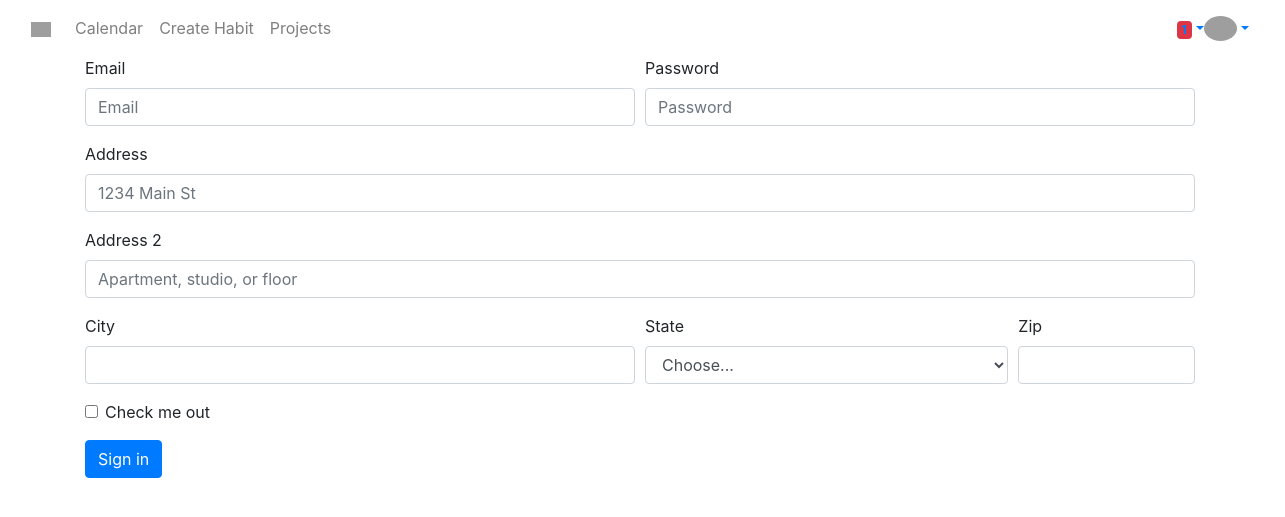
Repository: vijayholve/Habit-Tracker
Page: /create (app in frontend/)
An editor plug-in stored every save of this project. The page is shown before and after the next save, followed by the edit.
The browser window is 1280 px wide. The page is 1280 px wide, then 1285 px, then 1280 px, so the pictures cover 1285 px, including what lies to the right of the window. The pictures show the whole page.
Pictures or frames that could not be fetched are drawn as grey boxes. The project was rebuilt for these pictures with package versions that can differ from the ones it lists, and the page was loaded fresh each time. Also part of the build but not shown: frontend/vite.config.js, frontend/src/components/page/calender.jsx.

Above is the page before, as saved 2024-12-27 18:32:03.

### frontend/index.html
<!DOCTYPE html>
<html lang="en">
  <head>
    <meta charset="UTF-8" />
    <link rel="icon" type="image/svg+xml" href="/vite.svg" />
    <meta name="viewport" content="width=device-width, initial-scale=1.0" />
    <title>Vite + React</title>
    <link
      rel="stylesheet"
      href="https://cdn.jsdelivr.net/npm/bootstrap@4.0.0/dist/css/bootstrap.min.css"
      integrity="sha384-Gn5384xqQ1aoWXA+058RXPxPg6fy4IWvTNh0E263XmFcJlSAwiGgFAW/dAiS6JXm"
      crossorigin="anonymous"
    />
  </head>
  <body>
    <div id="root"></div>
    <script type="module" src="/src/main.jsx"></script>
  </body>
</html>

### frontend/src/App.jsx
// import "./App.css";
import HabitCalendar from "./components/page/calender";
import Navbar from "./components/base/navbar";
import { BrowserRouter as Router, Routes, Route, Link } from 'react-router-dom';
import CreateHAbit from "./components/form/create_habit";
function App() {
  return (
    <>
          <Router>
      <Navbar />
      <Routes>
        <Route path="/" element={<HabitCalendar />} />
        <Route path="/create" element={<CreateHAbit />} />
      </Routes>
    </Router>
      {/* <HabitCalendar /> */}
    </>
  );
}

export default App;

### frontend/src/components/base/navbar.jsx
import React from "react";
import { Link } from "react-router-dom";

const Navbar = () => {
  return (
    <nav className="navbar navbar-expand-lg navbar-light bg-body-tertiary">
      <div className="container-fluid">
        <button
          data-mdb-collapse-init
          className="navbar-toggler"
          type="button"
          data-mdb-target="#navbarSupportedContent"
          aria-controls="navbarSupportedContent"
          aria-expanded="false"
          aria-label="Toggle navigation"
        >
          <i className="fas fa-bars"></i>
        </button>

        <div className="collapse navbar-collapse" id="navbarSupportedContent">
          <Link className="navbar-brand mt-2 mt-lg-0" to="/">
            <img
              src="https://mdbcdn.b-cdn.net/img/logo/mdb-transaprent-noshadows.webp"
              height="15"
              alt="MDB Logo"
              loading="lazy"
            />
          </Link>

          <ul className="navbar-nav me-auto mb-2 mb-lg-0">
            <li className="nav-item">
              <Link className="nav-link" to="/">
                Calendar
              </Link>
            </li>
            <li className="nav-item">
              <Link className="nav-link" to="/create">
                Create Habit
              </Link>
            </li>
            <li className="nav-item">
              <a className="nav-link" href="#">
                Projects
              </a>
            </li>
          </ul>
        </div>

        <div className="d-flex align-items-center">
          <a className="text-reset me-3" href="#">
            <i className="fas fa-shopping-cart"></i>
          </a>

          <div className="dropdown">
            <a
              data-mdb-dropdown-init
              className="text-reset me-3 dropdown-toggle hidden-arrow"
              href="#"
              id="navbarDropdownMenuLink"
              role="button"
              aria-expanded="false"
            >
              <i className="fas fa-bell"></i>
              <span className="badge rounded-pill badge-notification bg-danger">
                1
              </span>
            </a>
            <ul
              className="dropdown-menu dropdown-menu-end"
              aria-labelledby="navbarDropdownMenuLink"
            >
              <li>
                <a className="dropdown-item" href="#">
                  Some news
                </a>
              </li>
              <li>
                <a className="dropdown-item" href="#">
                  Another news
                </a>
              </li>
              <li>
                <a className="dropdown-item" href="#">
                  Something else here
                </a>
              </li>
            </ul>
          </div>

          <div className="dropdown">
            <a
              data-mdb-dropdown-init
              className="dropdown-toggle d-flex align-items-center hidden-arrow"
              href="#"
              id="navbarDropdownMenuAvatar"
              role="button"
              aria-expanded="false"
            >
              <img
                src="https://mdbcdn.b-cdn.net/img/new/avatars/2.webp"
                className="rounded-circle"
                height="25"
                alt="User Avatar"
                loading="lazy"
              />
            </a>
            <ul
              className="dropdown-menu dropdown-menu-end"
              aria-labelledby="navbarDropdownMenuAvatar"
            >
              <li>
                <a className="dropdown-item" href="#">
                  My profile
                </a>
              </li>
              <li>
                <a className="dropdown-item" href="#">
                  Settings
                </a>
              </li>
              <li>
                <a className="dropdown-item" href="#">
                  Logout
                </a>
              </li>
            </ul>
          </div>
        </div>
      </div>
    </nav>
  );
};

export default Navbar;

### frontend/src/components/form/create_habit.jsx
// import React from 'react'

const CreateHAbit = () => {
  function handleSubmit(event) {

    console.log(event.target.value);
  }
  return (
    <>
      <form className="container" action="" onSubmit={handleSubmit}>
        <div className="form-row">
          <div className="form-group col-md-6">
            <label htmlFor="inputEmail4">Email</label>
            <input
              type="email"
              className="form-control"
              id="inputEmail4"
              placeholder="Email"
            ></input>
          </div>
          <div className="form-group col-md-6">
            <label htmlFor="inputPassword4">Password</label>
            <input
              type="password"
              className="form-control"
              id="inputPassword4"
              placeholder="Password"
            ></input>{" "}
          </div>
        </div>
        <div className="form-group">
          <label htmlFor="inputAddress">Address</label>
          <input
            type="text"
            className="form-control"
            id="inputAddress"
            placeholder="1234 Main St"
          ></input>{" "}
        </div>
        <div className="form-group">
          <label htmlFor="inputAddress2">Address 2</label>
          <input
            type="text"
            className="form-control"
            id="inputAddress2"
            placeholder="Apartment, studio, or floor"
          ></input>
        </div>
        <div className="form-row">
          <div className="form-group col-md-6">
            <label htmlFor="inputCity">City</label>
            <input type="text" className="form-control" id="inputCity"></input>
          </div>
          <div className="form-group col-md-4">
            <label htmlFor="inputState">State</label>
            <select id="inputState" className="form-control">
              <option selected>Choose...</option>
              <option>...</option>
            </select>
          </div>
          <div className="form-group col-md-2">
            <label htmlFor="inputZip">Zip</label>
            <input type="text" className="form-control" id="inputZip"></input>
          </div>
        </div>
        <div className="form-group">
          <div className="form-check">
            <input
              className="form-check-input"
              type="checkbox"
              id="gridCheck"
            ></input>
            <label className="form-check-label" htmlFor="gridCheck">
              Check me out
            </label>
          </div>
        </div>
        <button type="submit" className="btn btn-primary">
          Sign in
        </button>
      </form>
    </>
  );
};

export default CreateHAbit;

Loaded but not shown: frontend/src/main.jsx (common file)

After the next save:
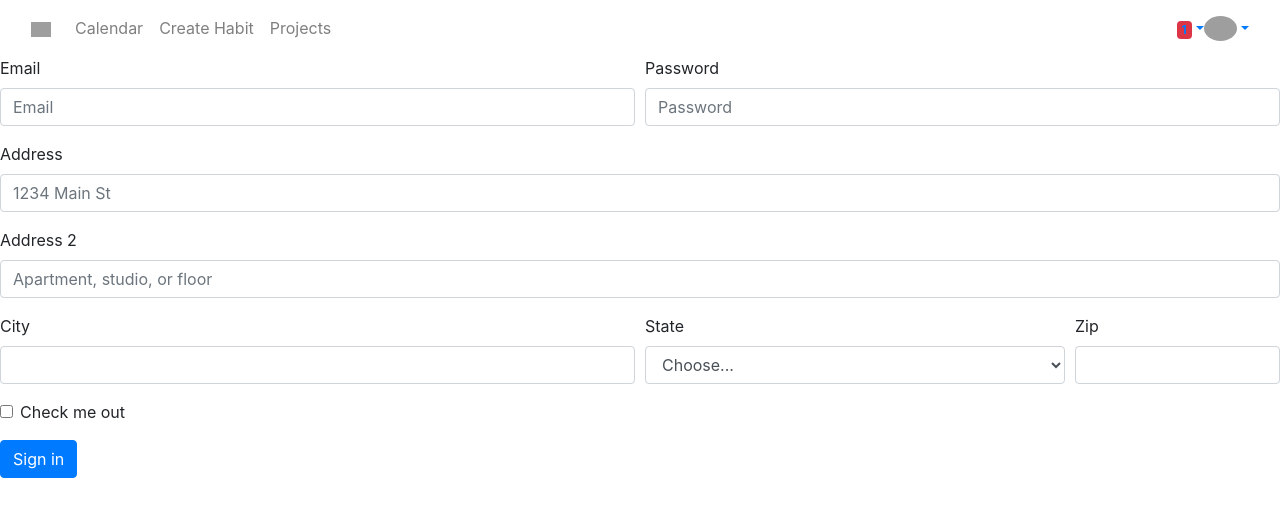
Saved 51 s later.
--- a/frontend/src/components/form/create_habit.jsx
+++ b/frontend/src/components/form/create_habit.jsx
@@ -7,8 +7,8 @@
   }
   return (
     <>
-      <form className="container" action="" onSubmit={handleSubmit}>
-        <div className="form-row">
+      <form onSubmit={handleSubmit}>
+      <div className="form-row">
           <div className="form-group col-md-6">
             <label htmlFor="inputEmail4">Email</label>
             <input

After the save that followed:
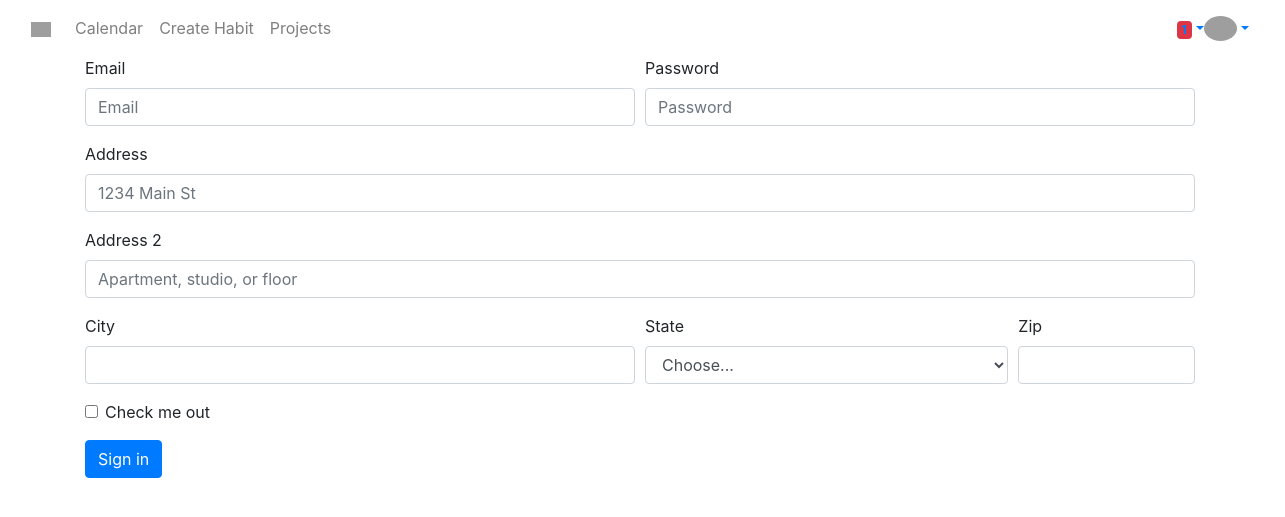
Saved 6 s later.
--- a/frontend/src/components/form/create_habit.jsx
+++ b/frontend/src/components/form/create_habit.jsx
@@ -7,7 +7,7 @@
   }
   return (
     <>
-      <form onSubmit={handleSubmit}>
+      <form className="container" onSubmit={handleSubmit}>
       <div className="form-row">
           <div className="form-group col-md-6">
             <label htmlFor="inputEmail4">Email</label>
